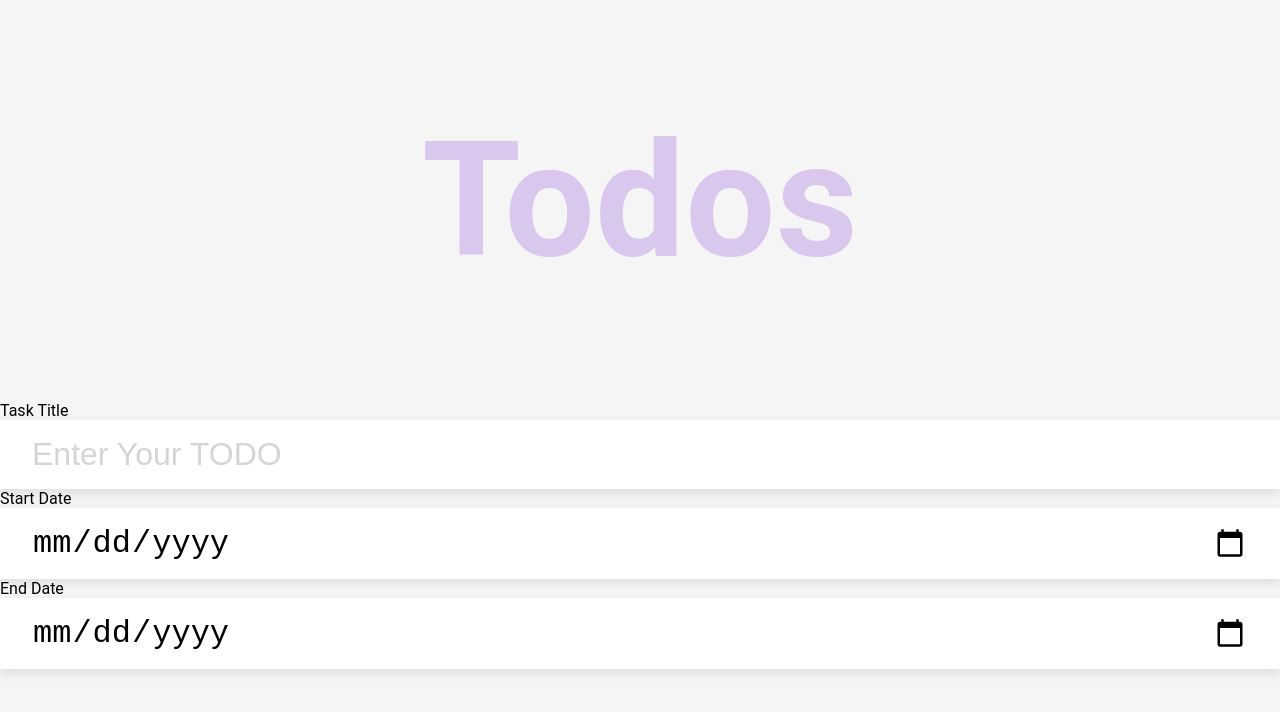
Repository: Surahailat/TypeScript
Page: Mini project 10-3/Project-TS.html
The author's editor kept a copy of each file at every save. The page is drawn from the files as they stood at one save, then again after the next save.
The browser window is 1280 px wide. The pictures show the whole page.

Above is the page before, as saved 2025-03-10 12:46:11.

### Mini project 10-3/Project-TS.html
<!DOCTYPE html>
<html lang="en">

<head>
    <meta charset="UTF-8">
    <meta name="viewport" content="width=device-width, initial-scale=1.0">
    <title>Document</title>
    <style>
        * {
            box-sizing: border-box;
        }

        body {
            background-color: #f5f5f5;
            font-family: "roboto", sans-serif;
            margin: 0;
        }

        h1 {
            color: rgb(179, 131, 226);
            font-size: 10rem;
            text-align: center;
            opacity: 0.4;

        }
    .input {
    width: 400px;
    max-width: 100%;
    box-shadow: 0px 4px 10px rgb(0, 0, 0, 0.1) ;
    margin: auto;
}.input{
    border: none;
    width: 100%;
    display: block;
    padding: 1rem 2rem;
    font-size: 2rem;
}.input::placeholder{
    color: #d5d5d5;

}
    </style>
</head>

<body>
    <h1>Todos</h1>
    <Label>Task Title</Label>
    <input type="text" class="input" placeholder="Enter Your TODO" autocomplete="off" id="input">
    <Label><i class="fa-solid fa-calendar-week" style="color: #b383e2;"></i>Start Date</Label>
    <input type="date" class="input" placeholder="Enter Your TODO" autocomplete="off" id="input">
    <Label><i class="fa-solid fa-calendar-week" style="color: #b383e2;"></i>End Date</Label>
    <input type="date" class="input" placeholder="Enter Your TODO" autocomplete="off" id="input">

</body>

</html>

After the next save:
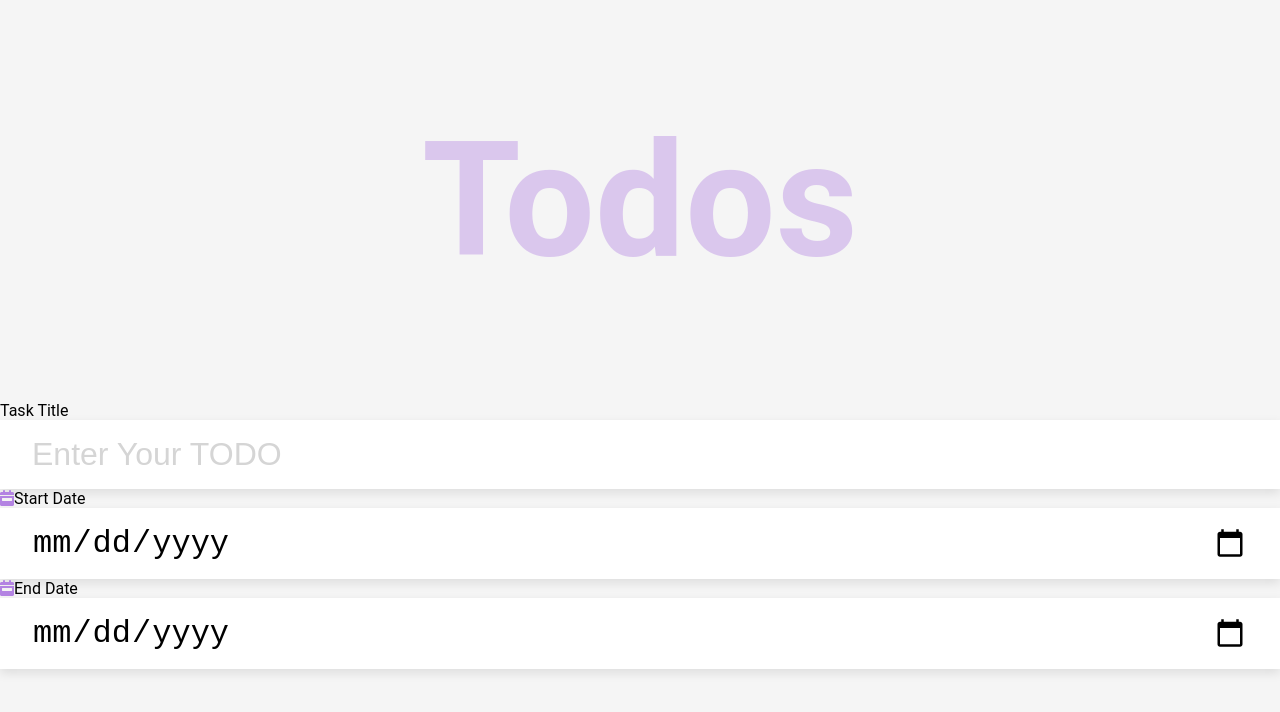
Saved 94 s later.
--- a/Mini project 10-3/Project-TS.html
+++ b/Mini project 10-3/Project-TS.html
@@ -5,6 +5,7 @@
     <meta charset="UTF-8">
     <meta name="viewport" content="width=device-width, initial-scale=1.0">
     <title>Document</title>
+    <link href="https://cdnjs.cloudflare.com/ajax/libs/font-awesome/6.0.0-beta3/css/all.min.css" rel="stylesheet">
     <style>
         * {
             box-sizing: border-box;
